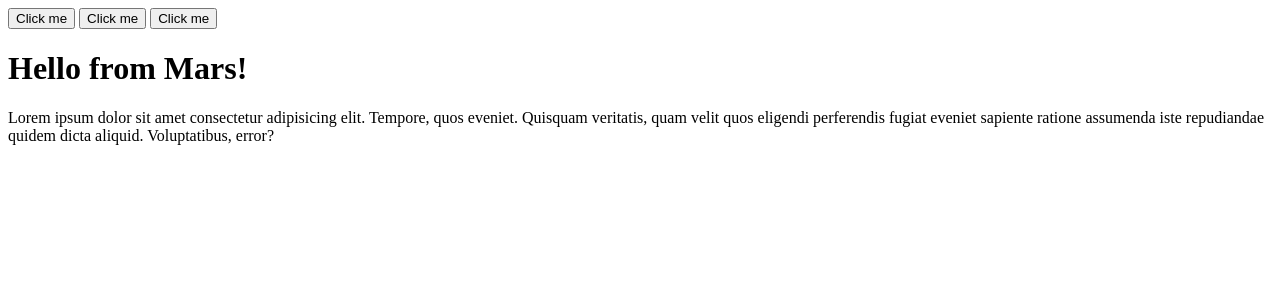
Repository: imokha01/DOM
Page: index.html
The author's editor kept a copy of each file at every save. The page is drawn from the files as they stood at one save, then again after the next save.
The browser window is 1280 px wide. The pictures show the whole page.

Above is the page before, as saved 2023-12-18 11:48:22.
Console error: TypeError: document.getElementsById is not a function

### index.html
<!DOCTYPE html>
<html lang="en">
  <head>
    <meta charset="UTF-8" />
    <meta name="viewport" content="width=device-width, initial-scale=1.0" />
    <title>Document</title>
    <link rel="stylesheet" href="./index.css" />
  </head>
  <body>
    <button>Click me</button>
    <button>Click me</button>
    <button>Click me</button>

    <h1>Hello from Mars!</h1>
    <span class="text-desc" id="main-paragraph">
      Lorem ipsum dolor sit amet consectetur adipisicing elit. Tempore, quos
      eveniet.
    </span>
    <span class="text-desc">
      Quisquam veritatis, quam velit quos eligendi perferendis fugiat eveniet
    </span>
    <span id="without-style">
      sapiente ratione assumenda iste repudiandae quidem dicta aliquid.
      Voluptatibus, error?
    </span>
    <script src="./index.js"></script>
  </body>
</html>

### index.js
const first = document.getElementsById("main-paragraph");
const second = document


console.log(first)

Loaded but not shown: index.css (no copy from this time; the picture is the same without it)

After the next save:
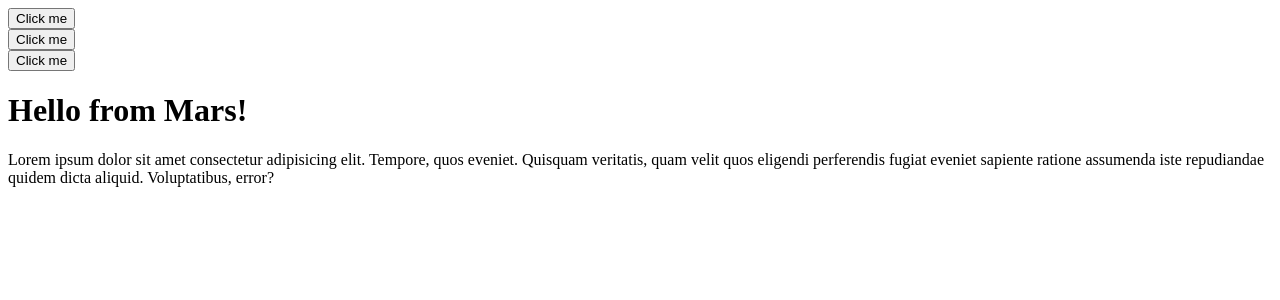
Saved 14 s later.
--- a/index.html
+++ b/index.html
@@ -7,8 +7,8 @@
     <link rel="stylesheet" href="./index.css" />
   </head>
   <body>
-    <button>Click me</button>
-    <button>Click me</button>
+    <button>Click me</button> <br>
+    <button>Click me</button> <br>
     <button>Click me</button>
 
     <h1>Hello from Mars!</h1>
